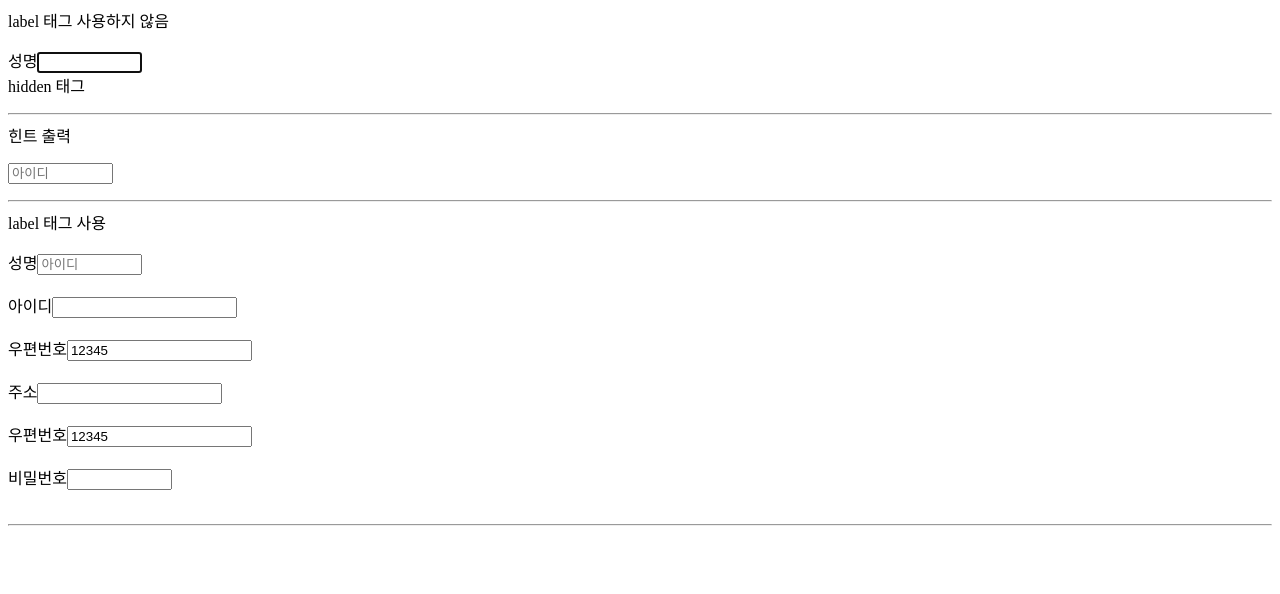
Repository: roditee/Frontend_ex
Page: HTML01/src/main/webapp/form.html
The author's editor kept a copy of each file at every save. The page is drawn from the files as they stood at one save, then again after the next save.
The browser window is 1280 px wide. The pictures show the whole page.

Above is the page before, as saved 2021-12-02 08:01:05.

### HTML01/src/main/webapp/form.html
<!DOCTYPE html>
<html>
	<head>
		<meta charset="UTF-8">
		<title>입력 양식 태그 : form 태그</title>
	</head>
	<body>
		<form method="post" action="newMember.jsp">
			label 태그 사용하지 않음<p>
			성명<input type="text" id="name" name="name" size="10" autofocus><br>

			hidden 태그
			<input type="text" id="prdNo" hidden>
			<hr>

			힌트 출력<p>
			<input type="text" name="id" size="10" placeholder="아이디"><br>
			<hr>

			label 태그 사용<p>
			<label>성명<input type="text" name="name2" size="10" placeholder="아이디"></label><br><br>
			<label>아이디<input type="id" name="name2" maxlength="8"></label><br><br>
			<label>우편번호<input type="text" name="zipcode" value="12345" readonly></label><br><br>
			<label>주소<input type="text" name="address" required></label><br><br>
			<label>우편번호<input type="text" name="zipcode" value="12345" readonly></label><br><br>
			<label>비밀번호<input type="password" name="passwd" size="10"></label><br><br>
			<hr>
		</form>
	</body>
</html>

After the next save:
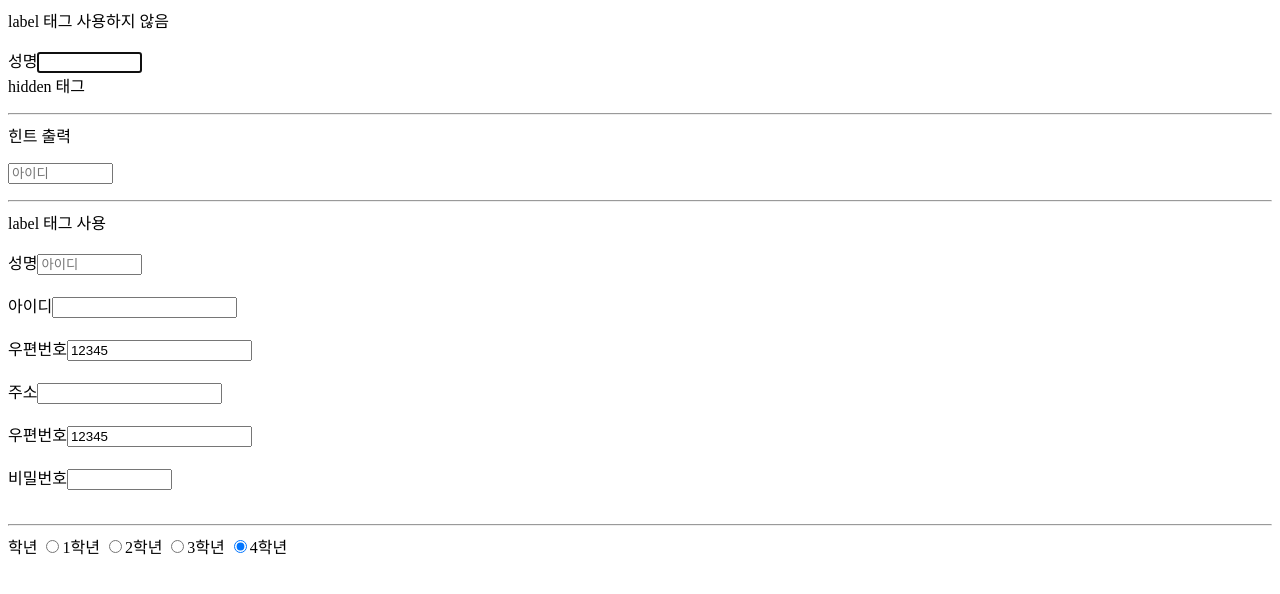
Saved 4 min 57 s later.
--- a/HTML01/src/main/webapp/form.html
+++ b/HTML01/src/main/webapp/form.html
@@ -25,6 +25,12 @@
 			<label>우편번호<input type="text" name="zipcode" value="12345" readonly></label><br><br>
 			<label>비밀번호<input type="password" name="passwd" size="10"></label><br><br>
 			<hr>
+
+			학년
+			<label><input type="radio" name="year" value="1">1학년</label>
+			<label><input type="radio" name="year" value="2">2학년</label>
+			<label><input type="radio" name="year" value="3">3학년</label>
+			<label><input type="radio" name="year" value="4" checked>4학년</label>
 		</form>
 	</body>
 </html>
